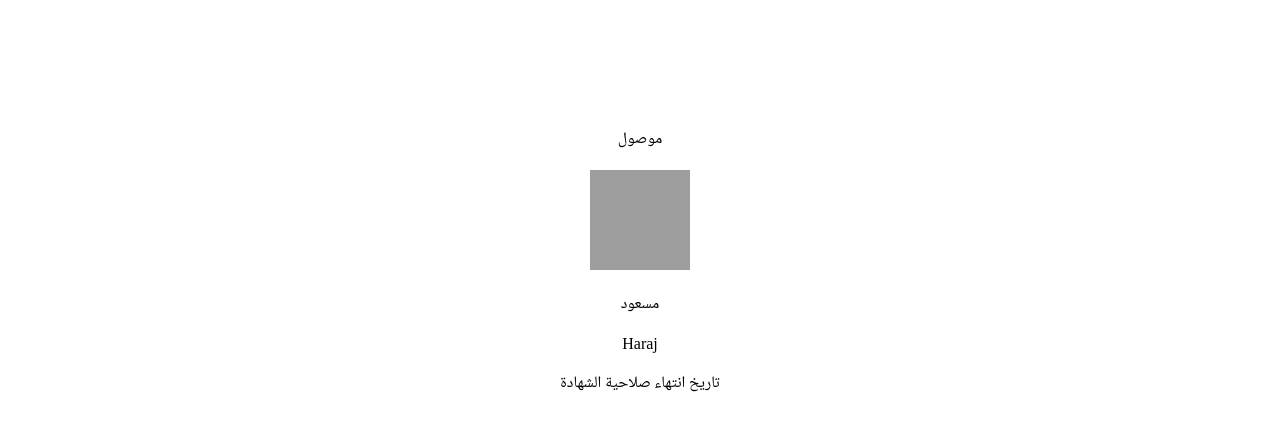
Repository: khanshakiil/ArabicHTMLToPDF
Page: HospitalFrontDesk/src/main/resources/html.html
The author's editor kept a copy of each file at every save. The page is drawn from the files as they stood at one save, then again after the next save.
The browser window is 1280 px wide. The pictures show the whole page.
Pictures or frames that could not be fetched are drawn as grey boxes.

Above is the page before, as saved 2020-03-05 20:12:40.

After the next save:
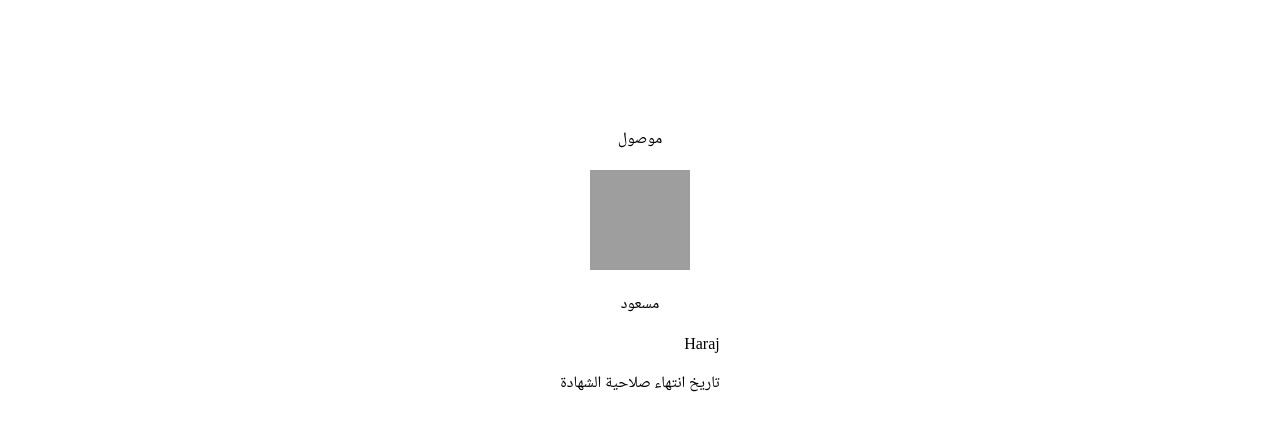
Saved 16 s later.
--- a/HospitalFrontDesk/src/main/resources/html.html
+++ b/HospitalFrontDesk/src/main/resources/html.html
@@ -28,7 +28,7 @@ height: 100px;
 <tr align="center"><td dir="rtl" style="font-family: Noto Naskh Arabic">موصول</td></tr>
 <tr align="center"><td dir="rtl"><img src="E:\\qrcode.png" id="qrCode"></img></td> </tr>
 <tr align="center"><td dir="rtl" style="font-family: Noto Naskh Arabic">مسعود </td></tr>
-<tr align="center"><td>Haraj</td></tr>
+<tr align="right"><td>Haraj</td></tr>
 <tr align="center"><td dir="rtl" style="font-family: Noto Naskh Arabic">تاريخ انتهاء صلاحية الشهادة </td></tr>
 
 </table></center>
